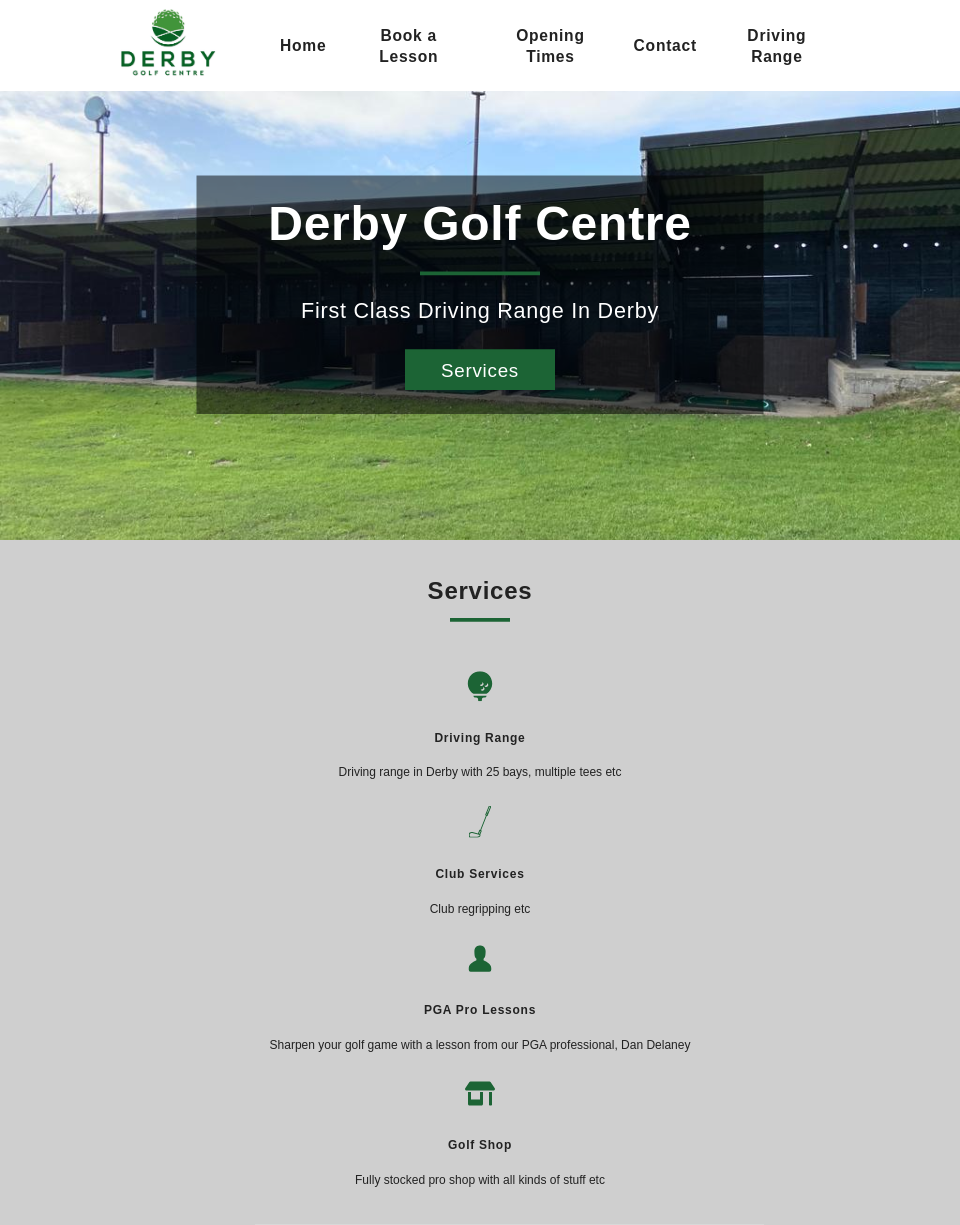
Repository: frankinstyyn/nigeljamesconsulting
Page: /
These files come from the project's save history. The page is drawn as it stood at one moment and after the next save; the edit follows.
The browser window is 1280 px wide. The pictures show the whole page, at 75% of full size.
Some web fonts or font styles are not loaded; a fallback is used. The project was rebuilt for these pictures with package versions that can differ from the ones it lists, and the page was loaded fresh each time. Also part of the build but not shown: src/pages/Lesson.js, src/pages/SingleRoom.js, src/pages/Error.js.

Above is the page before, as saved 2021-01-08 18:10:54.

After the next save:
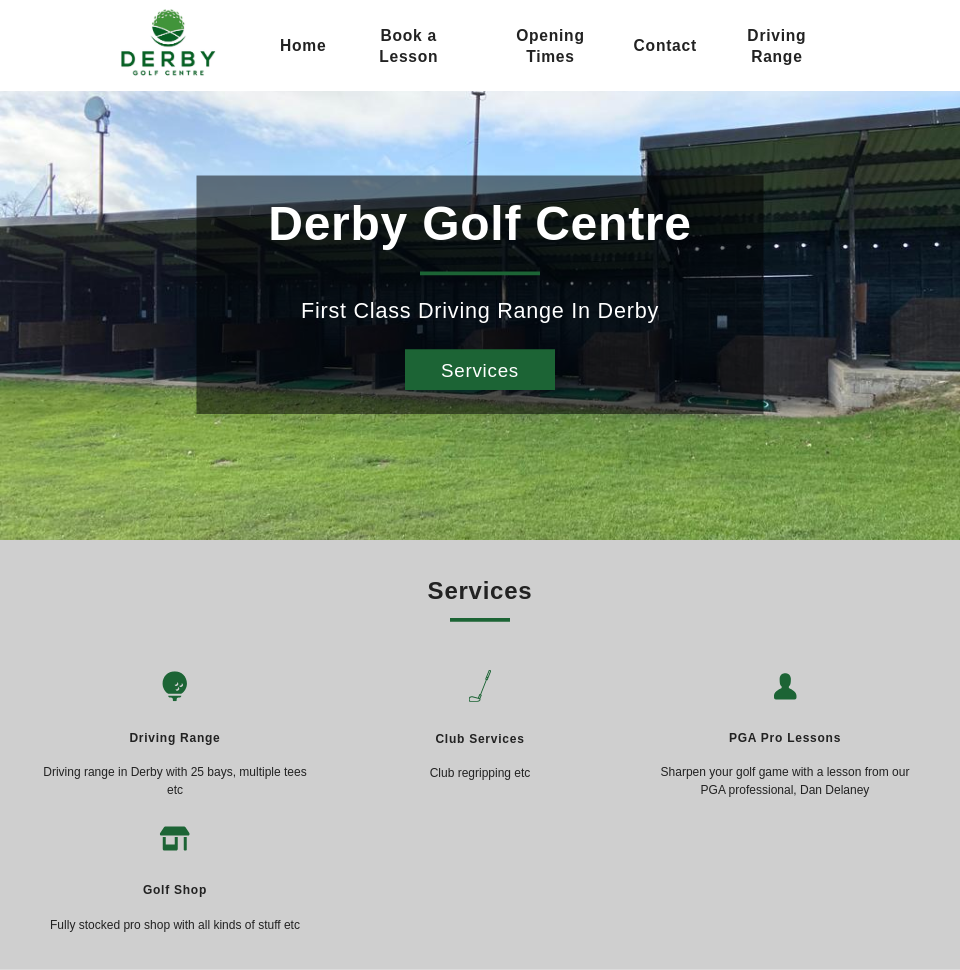
Saved 24 s later.
--- a/src/App.css
+++ b/src/App.css
@@ -252,7 +252,7 @@
   width: 90vw;
   margin: 0 auto;
   display: grid;
-  grid-template-columns: repeat(auto-fit, minmax(255px, 1fr 1fr));
+  grid-template-columns: repeat(auto-fit, minmax(300px, 1fr));
   grid-row-gap: 2rem;
   grid-column-gap: 50px;
 }
